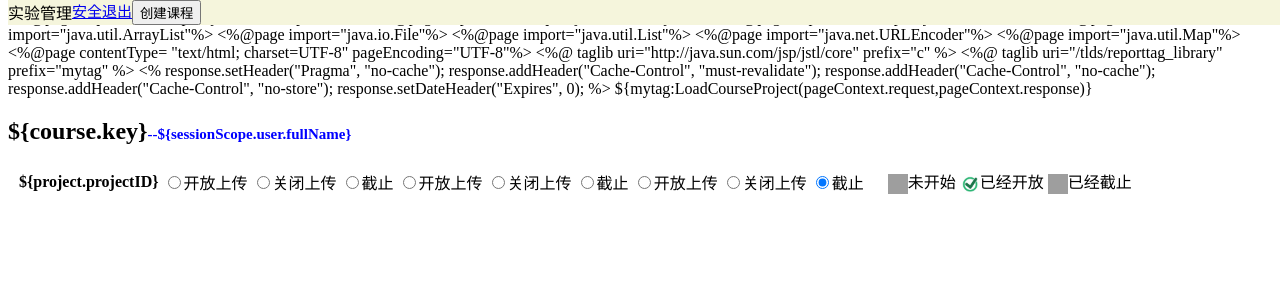
Repository: IAmJiangWenHao/ReportServer
Page: web/demo.html
The author's editor kept a copy of each file at every save. The page is drawn from the files as they stood at one save, then again after the next save.
The browser window is 1280 px wide. The pictures show the whole page.
Pictures or frames that could not be fetched are drawn as grey boxes.

Above is the page before, as saved 2023-05-18 16:16:32.

### web/demo.html
<%@page import="com.report.javabeans.ExpClass"%>
<%@page import="com.report.javabeans.Project"%>
<%@page import="com.report.javabeans.User"%>
<%@page import="java.util.ArrayList"%>
<%@page import="java.io.File"%>
<%@page import="java.util.List"%>
<%@page import="java.net.URLEncoder"%>
<%@page import="java.util.Map"%>
<%@page contentType= "text/html; charset=UTF-8" pageEncoding="UTF-8"%>

<%@ taglib uri="http://java.sun.com/jsp/jstl/core" prefix="c" %>
<%@ taglib uri="/tlds/reporttag_library" prefix="mytag" %>
<!--script type="text/javascript" src="${pageContext.request.contextPath}/script/scriptV1.js?v=1.0"></script-->
<!DOCTYPE html>
<html>
  <%
    response.setHeader("Pragma", "no-cache");
    response.addHeader("Cache-Control", "must-revalidate");
    response.addHeader("Cache-Control", "no-cache");
    response.addHeader("Cache-Control", "no-store");
    response.setDateHeader("Expires", 0);
  %>
  <head>
    <meta http-equiv="Content-Type" content="text/html; charset=UTF-8">
    <title>实验上传系统 </title>
  </head>
  <body>
    ${mytag:LoadCourseProject(pageContext.request,pageContext.response)}
    <script>
      window.onload = function () {//Ajax实现更新项目状态
        var ratios = document.getElementsByTagName("input");//获取所有input（本页面的input只有单选按钮）
        var map = new Map();//记录单选按钮旧值
        for (var i = 0; i < ratios.length; i++) {
          map.set((i + 1).toString(), ratios[i].checked);
          //oninput事件在input的值发生改变时触发，这里监听单选按钮值得改变
          ratios[i].oninput = function () {
            var r = false;
            if (this.value === "deadline") {//是否选择截止
              //是否确认修改
              r = confirm("截止后不可再设置，确定截止？");
            }
            //取消截止
            if (this.value === "deadline" && r === false) {
              var list = document.getElementsByName(this.name);
              for (var j = 0; j < list.length; j++)
                list[j].checked = map.get(list[j].id);
              return;
            }
            ratioName = this.name;
            //确定截止，不允许再更改状态
            if (this.value === "deadline") {
              var list = document.getElementsByName(this.name);
              for (var j = 0; j < list.length; j++)
              {
                list[j].disabled = "disable";
                map.set(list[j].id, list[j].checked);
              }
            } else {
              var list = document.getElementsByName(this.name);
              for (var j = 0; j < list.length; j++)
                map.set(list[j].id, false);
              map.set(this.id, this.checked);
            }
            var formData = new FormData();//FormData 对象
            var course = ratioName.substr(0, ratioName.indexOf("-"));
            var project = ratioName.substr(ratioName.indexOf("-") + 1, ratioName.length - 1);
            //添加KV
            formData.append("project", project);//项目
            formData.append("course", course); //课程名
            formData.append("status", this.value);//状态
            var cell = document.getElementById(this.name);
            //显示实验项目状态提示信息
            cell.innerHTML = "&nbsp;&nbsp;&nbsp;&nbsp;&nbsp;";
            if (this.value === "open")
              cell.innerHTML += "<img style=\"vertical-align: middle;height:20px;width:20px\" src=\"./img/check.jpg\"/>已经开放";
            if (this.value === "close")
              cell.innerHTML += "<img style=\"vertical-align: middle;height:20px;width:20px\" src=\"./img/undone.png\"/>未开始";
            if (this.value === "deadline")
              cell.innerHTML += "<img style=\"vertical-align: middle;height:20px;width:20px\" src=\"./img/deadline.jpg\"/>已截止";
            //1.创建请求对象
            const xhr = new XMLHttpRequest();
            //2.设置请求行，这里用post(get请求数据写在url后面)
            //updateProject.do实现后端更新
            xhr.open("post", getAppPath() + "/updateProject.do");
            //3.设置请求头(get请求可以省略,post不发送数据也可以省略)
            //xhr.setRequestHeader("Content-type","application/x-www-form-urlencoded");
            // 用formData可以不写请求头，写了无法正常上传文件
            //4.请求主体发送(get请求为空，或者写null，post请求数据写在这里，
            //如果没有数据，直接为空或者写null)
            xhr.send(formData);
            //注册回调函数
            xhr.onload = function ()
            {
              if (xhr.readyState === 4)
              {
                if (xhr.status >= 200 && xhr.status <= 300)
                { //判断响应码 2XX 表示成功
                  console.log(xhr.response.toString());
                } else
                  console.log("响应码：" + xhr.status); //状态码
              } else
                console.log(xhr.readyState);
              ;
            };
          };
        }
        ;
      };
    </script>
    <script>
      function getAppPath() {
        //获取当前URL
        var curURL = window.document.location.href;
        //获取主机地址之后的路径部分（就是文件地址）
        var pathName = window.document.location.pathname;
        var pos = curURL.indexOf(pathName);
        //获取应用地址
        var host = curURL.substring(0, pos);
        //获取带"/"的应用名，如：/***
        var webAppName = pathName.substring(0, pathName.substr(1).indexOf('/') + 1);
        return host + webAppName;
      }
    </script>
    <script>
      var isIE = /msie/i.test(navigator.userAgent) && !window.opera;
      function fileChange(target, type) {
        var fileSize = 0;
        var filepath = target.value;
        var filemaxsize = 1024 * 5;//5M
        var flag = -1;
        if (filepath) {
          var fileend = filepath.substring(filepath.lastIndexOf("."));
          // alert(fileend);
          if (type && type.length > 0) {
            //alert(fileend.indexOf(type));
            if (fileend !== ".xlsx") {
              alert("只接受xlsx类型的文件！");
              target.value = "";
              return false;
            }
          }
        } else {
          return false;
        }
        if (isIE && !target.files) {
          var filePath = target.value;
          var fileSystem = new ActiveXObject("Scripting.FileSystemObject");
          if (!fileSystem.FileExists(filePath)) {
            alert("附件不存在，请重新输入！");
            return false;
          }
          var file = fileSystem.GetFile(filePath);
          fileSize = file.Size;
        } else {
          fileSize = target.files[0].size;
        }

        var size = fileSize / 1024;
        if (size > filemaxsize) {
          alert("附件大小不能大于" + filemaxsize / 1024 + "M！");
          target.value = "";
          return false;
        }
        if (size <= 0) {
          alert("附件大小不能为0M！");
          target.value = "";
          return false;
        }
      }
      function Check()
      {
        for (var i = 0; i < document.form1.elements.length - 1; i++)
        {
          if (document.form1.elements[i].value === "")
          {
            alert("不可空！");
            document.form1.elements[i].focus();
            return false;
          }
        }
        return true;
      }
      function cls() {
        var createCell = document.getElementById("createCourse");
        createCell.innerHTML = "";
      }

      function createCourse() {
        var createCell = document.getElementById("createCourse");
        createCell.innerHTML = "<form action=\"../uploadCourseServlet\" enctype=\"multipart/form-data\" method=\"post\" name=\"form1\" onSubmit=\"return Check()\"><table></tr><tr> <td>建课模板：</td><td><a href=\"实验课模板.xlsx\">下载</a></td></tr><tr><td>课程名：</td><td><input style=\" font-size:16px\" type=\"text\" name=\"courseName\" size=\"20\"/>(例：程序设计实验)</td></tr><tr><td>班级：</td><td><input style=\" font-size:16px\" type=\"text\" name=\"className\" size=\"20\"/>(例:信安201)</td></tr><tr> <td>文件：</td><td><input style=\" font-size:16px\" type=\"file\" name=\"file\" size=\"40\" id=\"fup\" onchange=\'fileChange(this,\".xlsx\");\'/></td><tr><td style=\"height:50px;\" align=\"right\" ><input style=\" font-size:16px\" type=\"submit\" value=\"提交\" size='30'/> </td><td align=\"left\"><input style=\" font-size:16px\" type=\"button\" value=\"关闭\" size='30' onclick=\"cls()\"/> </td></tr></table></form>";
      }
    </script>
    <div >
        <div style="display: flex; position: fixed; top: 0; width: 100%; background-color: beige;  height:auto;">
            <font color="black" > 实验管理</font>
            <font style="font-size:15px;color:red"><a href="../exit">安全退出</a></font>
            <input type="button" value="创建课程" onclick="createCourse()">

        </div>

      <div id="createCourse">

      </div>


    <c:forEach var="course" items="${sessionScope.courseData}" varStatus="statusCourse">
      <h2> ${course.key}<font style="font-size:15px;color:blue">--${sessionScope.user.fullName}</font></h2><p>
      <table>
        <c:forEach var="project" items="${course.value}" varStatus="statusProject">
          <tr style=" height: 30px;border: 1px">
            <td>&nbsp;&nbsp;<b>${project.projectID}</b></td>
            <td><!-- 3.一组单选按钮 radio（同name），只能选一个
                     request.getParameter("***")-->
              <c:if test="${project.state==0}">
                <input type="radio" id="${"course".concat(statusCourse.count).concat(statusProject.count).concat(1)}"  name="${course.key.concat("-").concat(project.projectID)}" value="open">开放上传
                <input type="radio" id="${"course".concat(statusCourse.count).concat(statusProject.count).concat(1)}"  name="${course.key.concat("-").concat(project.projectID)}" value="close" checked="true">关闭上传
                <input type="radio" id="${"course".concat(statusCourse.count).concat(statusProject.count).concat(1)}"  name="${course.key.concat("-").concat(project.projectID)}" value="deadline">截止
              </c:if>
              <c:if test="${project.state==1}">
                <input type="radio" id="${"course".concat(statusCourse.count).concat(statusProject.count).concat(1)}"  name="${course.key.concat("-").concat(project.projectID)}" value="open" checked="true">开放上传
                <input type="radio" id="${"course".concat(statusCourse.count).concat(statusProject.count).concat(1)}"  name="${course.key.concat("-").concat(project.projectID)}" value="close" >关闭上传
                <input type="radio" id="${"course".concat(statusCourse.count).concat(statusProject.count).concat(1)}"  name="${course.key.concat("-").concat(project.projectID)}" value="deadline">截止
              </c:if>
              <c:if test="${project.state==2}">
                <input type="radio" id="${"course".concat(statusCourse.count).concat(statusProject.count).concat(1)}"  name="${course.key.concat("-").concat(project.projectID)}" value="open">开放上传
                <input type="radio" id="${"course".concat(statusCourse.count).concat(statusProject.count).concat(1)}"  name="${course.key.concat("-").concat(project.projectID)}" value="close" >关闭上传
                <input type="radio" id="${"course".concat(statusCourse.count).concat(statusProject.count).concat(1)}"  name="${course.key.concat("-").concat(project.projectID)}" value="deadline" checked="true">截止
              </c:if>
            </td>
            <td id="${course.key.concat("-").concat(project.projectID)}">&nbsp;&nbsp;&nbsp;&nbsp;
              <c:if test="${project.state==0}" >
                <img style="vertical-align: middle;height:20px;width:20px" alt="" src="../img/undone.jpg"/>未开始
              </c:if>
              <c:if test="${project.state==1}" >
                <img style="vertical-align: middle;height:20px;width:20px" alt="" src="../img/check.jpg"/>已经开放
              </c:if>
              <c:if test="${project.state==2}" >
                <img style="vertical-align: middle;height:20px;width:20px" alt="" src="../img/deadline.png"/>已经截止
              </c:if>
            </td>
          </tr>
        </c:forEach>
      </table>
    </c:forEach>
  </div>
</body>
</html>

After the next save:
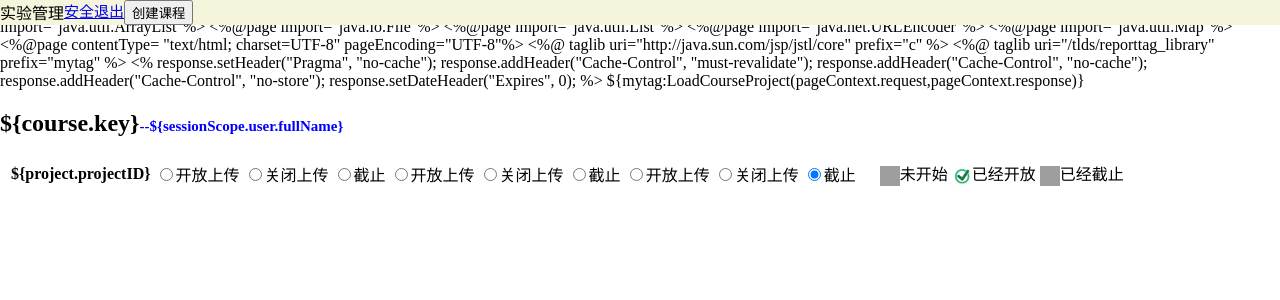
Saved 73 s later.
--- a/web/demo.html
+++ b/web/demo.html
@@ -24,7 +24,7 @@
     <meta http-equiv="Content-Type" content="text/html; charset=UTF-8">
     <title>实验上传系统 </title>
   </head>
-  <body>
+  <body style="margin:0">
     ${mytag:LoadCourseProject(pageContext.request,pageContext.response)}
     <script>
       window.onload = function () {//Ajax实现更新项目状态
